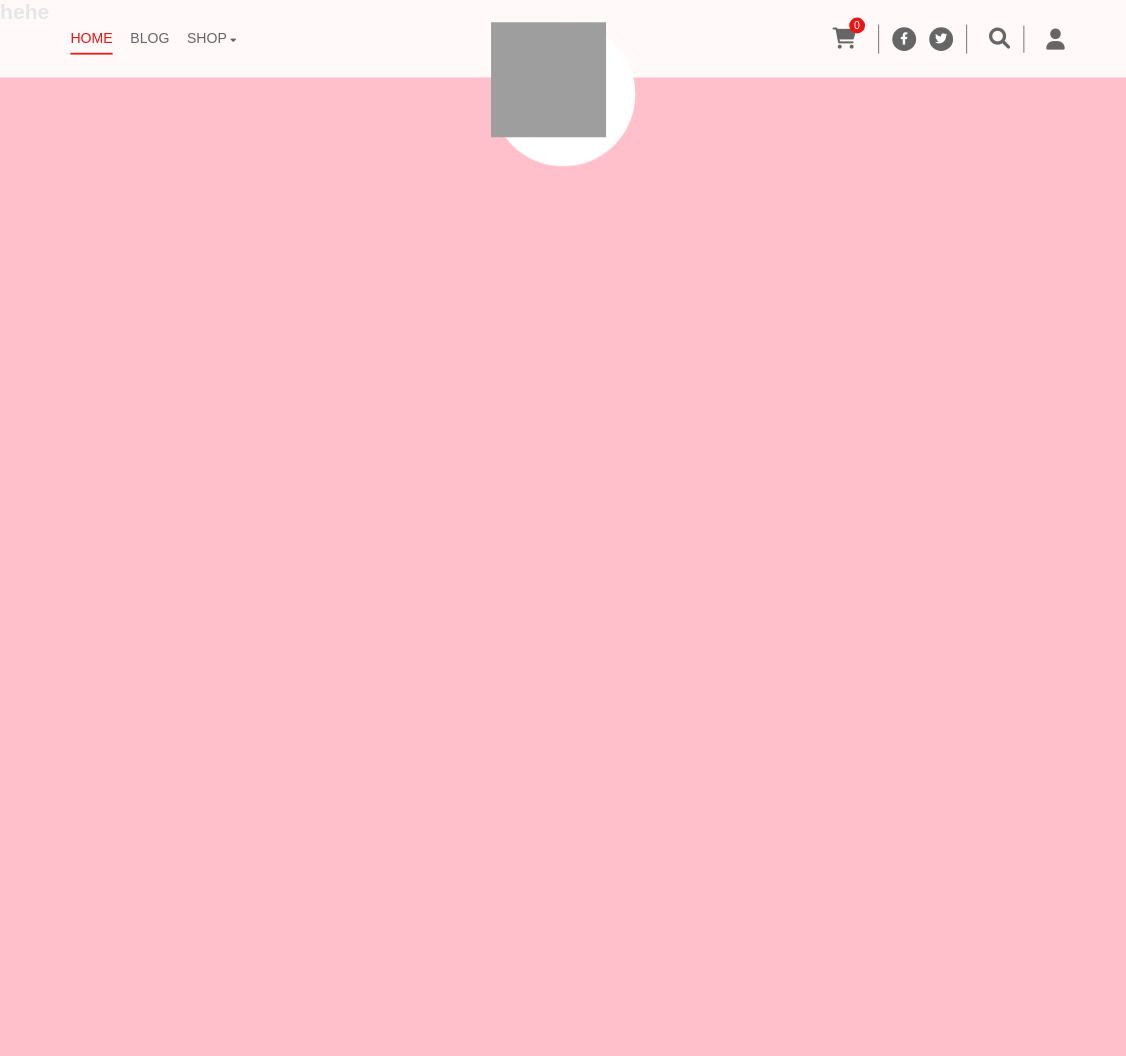
Repository: NguyenDucHung20002/header-and-scroll-top-project-cnpm
Page: blog.html
These files come from the project's save history. The page is drawn as it stood at one moment and after the next save; the edit follows.
The browser window is 1280 px wide. The pictures show the whole page, at 88% of full size.
Pictures or frames that could not be fetched are drawn as grey boxes. The style sheet was rebuilt from its Sass, Less or Tailwind sources for each picture, by a compiler version that may differ from the author's.

Above is the page before, as saved 2022-09-15 10:20:44.
Console error: TypeError: Cannot read properties of undefined (reading 'top')

### blog.html
<!DOCTYPE html>
<html lang="en">

<head>
    <meta charset="UTF-8">
    <meta http-equiv="X-UA-Compatible" content="IE=edge">
    <meta name="viewport" content="width=device-width, initial-scale=1.0">
    <link rel="stylesheet" href="fontawesome-free-6.1.2-web/css/all.min.css">
    <link rel="stylesheet" href="reset.css">
    <link rel="stylesheet" href="dist/css/blog.css">
    <title>Document</title>
</head>

<body>
    <header>
        <div class="header-top">
            <div class="portion-upper">
                <div class="container">
                    <div class="header-left">
                        <nav>
                            <ul class="wrapper-nav-main">
                                <li class="nav-main active-nav-main"><a class="nav-link-main" href="">Home</a></li>
                                <li class="nav-main"><a class="nav-link-main" href="">Blog</a></li>
                                <li class="drop-down nav-main">
                                    <a class="nav-link-main" href="">Shop <i class="fa-solid fa-caret-down"></i></a>
                                    <div class="shop-down">
                                        <aside class="product-categories">
                                            <h2>PRODUCT CATEGORIES</h2>
                                            <nav>
                                                <ul>
                                                    <li><a href="">Dried</a></li>
                                                    <li><a href="">Frozen</a></li>
                                                    <li><a href="">Fruits</a></li>
                                                    <li><a href="">Organic</a></li>
                                                    <li><a href="">Organic farms</a></li>
                                                    <li><a href="">Uncategorized</a></li>
                                                    <li><a href="">Vegitables</a></li>
                                                </ul>
                                            </nav>
                                        </aside>

                                    </div>
                                </li>
                            </ul>
                        </nav>
                    </div>
                    <div class="header-middle">
                        <div class="icon-home">
                            <a class="link-icon-home" href=""><img
                                    src="https://media.discordapp.net/attachments/954942869192450098/1019808643706781776/4Fruits.png"
                                    alt=""></a>
                        </div>
                    </div>
                    <div class="header-right">
                        <div class="cart">
                            <div class="cart-icon">
                                <i class="fa-solid fa-cart-shopping"></i>
                            </div>
                            <div class="quantity">0</div>
                        </div>
                        <div class="info">
                            <div class="facebook icon-info"><i class="fa-brands fa-facebook-f"></i></div>
                            <div class="twitter icon-info"><i class="fa-brands fa-twitter"></i></div>
                        </div>
                        <div class="search">
                            <i class="fa-solid fa-magnifying-glass"></i>
                            <div class="form-search">
                                <input type="text" placeholder="Search...">
                                <button class="btn-search"><i class="fa-solid fa-magnifying-glass"></i></button>
                            </div>
                        </div>
                        <div class="user">
                            <i class="fa-solid fa-user"></i>
                        </div>
                    </div>
                </div>
            </div>
        </div>
    </header>
    <h2 class="hehe">hehe</h2>
</body>
<script src="https://cdnjs.cloudflare.com/ajax/libs/jquery/3.6.0/jquery.min.js"
    integrity="sha512-894YE6QWD5I59HgZOGReFYm4dnWc1Qt5NtvYSaNcOP+u1T9qYdvdihz0PPSiiqn/+/3e7Jo4EaG7TubfWGUrMQ=="
    crossorigin="anonymous" referrerpolicy="no-referrer"></script>
<script src="./blog.js"></script>

</html>

### reset.css
*,
*::after,
*::before {
  margin: 0;
  padding: 0;
  box-sizing: border-box;
}
a {
  text-decoration: none;
  /* mặc đinh là text-decoration: underline; */
}
ul,
ol {
  list-style: none;
}
input,
button {
  outline: none;
  border: none;
  background: none;
}
table,
th,
td {
  border-collapse: collapse;
}

/* Type number: delete ô increment, decrement */
input[type="number"]::-webkit-outer-spin-button,
input[type="number"]::-webkit-inner-spin-button {
  display: none;
  margin: 0;
}

### blog.js
$(document).ready(function () {
  const body = $("html, body");
  const getbody = $("body");

  //------- sự kiện scroll ---------

  const heightWin = $(window).height();
  //icon home
  const iconHome = $(".link-icon-home");
  //banner below
  const bannerBelow = document.querySelectorAll(".wrapper-fruit");
  const topBannerBelow = $(".wrapper-banner").offset().top;
  //btn scroll to top
  const btnScrollTop = $(".btn-to-top");
  actionScroll();
  // catch eventing scroll window
  $(window).scroll(function () {
    actionScroll();
  });
  function actionScroll() {
    let top = $("html, body").scrollTop();
    //scrolling animation icon home
    if (top > 10) {
      iconHome.css({
        transform: "scale(0.7) translateY(-30px)",
      });
    } else {
      iconHome.css({
        transform: "scale(1) translateY(0)",
      });
    }
    //scrolling animation banner below
    if (top + heightWin >= topBannerBelow) {
      bannerBelow.forEach((val, index) => {
        val.classList.add(`action-banner-${index + 1}`);
      });
    }
    //btn scrolling to top
    if (top >= 200) {
      btnScrollTop.addClass("action-show");
    } else {
      btnScrollTop.removeClass("action-show");
    }
  }

  //-----------sự kiện click-------------

  //----------- click to scroll to top ------------
  $(btnScrollTop).click(function (e) {
    e.preventDefault();
    body.animate(
      {
        scrollTop: 0,
      },
      500
    );
  });
});

### blog.scss
.container {
  margin: 0 auto;
  width: 1170px;
}
* {
  font-family: "Poppins", sans-serif;
}
$headerTopUP: #ffffff;
header {
  .header-top {
    z-index: 100;
    position: fixed;
    width: 100%;
    .portion-upper {
      background-color: rgba(#ffffff, 0.9);
      padding: 15px 0;
      .container {
        padding: 0 15px;
        display: flex;
        justify-content: space-between;
        align-items: center;
        position: relative;
        .header-left {
          .wrapper-nav-main {
            display: flex;
            justify-content: center;
            align-items: center;
            .nav-main {
              margin: 0 10px;
              .nav-link-main {
                padding: 10px 0;
                font-size: 16px;
                text-transform: uppercase;
                color: #666666;
                position: relative;
                &::after {
                  content: "";
                  position: absolute;
                  bottom: 0;
                  right: 0;
                  width: 0;
                  height: 2px;
                  background-color: #ea1616;
                  transition: 0.3s;
                }
                &:hover {
                  color: #ab1e32;
                  &::after {
                    left: 0;
                    width: 100%;
                  }
                }
                i {
                  font-size: 10px;
                }
              }
              &.active-nav-main {
                .nav-link-main {
                  color: #ea1616;
                  &::after {
                    content: "";
                    width: 100%;
                    height: 2px;
                  }
                }
              }
            }
            .drop-down {
              position: relative;
              &:hover {
                .shop-down {
                  opacity: 1;
                  visibility: visible;
                }
              }
              .shop-down {
                background-color: #ffffff;
                position: absolute;
                top: calc(100% + 10px);
                right: 0;
                transform: translate(50px);
                transition: 0.3s;
                opacity: 0;
                visibility: hidden;
                border: 1px rgba(#666666, 0.2) solid;
                max-width: 250px;
                .product-categories {
                  width: 100%;
                  flex: 1;
                  border-right: 1px rgba(#666666, 0.2) solid;
                  h2 {
                    width: 100%;
                    font-size: 16px;
                    font-weight: 700;
                    padding: 30px 30px;
                    white-space: nowrap;
                    color: #666666;
                    border-bottom: 1px #666666 solid;
                  }
                  ul {
                    li {
                      width: 100%;
                      a {
                        width: 100%;
                        border-top: 1px rgba(#666666, 0.3) solid;
                        display: inline-block;
                        font-size: 14px;
                        color: #666666;
                        padding: 15px 20px;
                        transition: 0.2s;
                        &:hover {
                          background-color: #3a3939;
                          color: $headerTopUP;
                        }
                      }
                    }
                  }
                }
              }
            }
          }
        }
        .header-middle {
          position: absolute;
          left: 50%;
          top: 0;
          z-index: 11;
          .icon-home {
            transform: translate(-50%, 10px);
            a {
              display: flex;
              align-items: center;
              justify-content: center;
              background-color: #ffffff;
              transition: 0.3s;
              width: 164px;
              height: 164px;
              display: inline-block;
              border-radius: 50%;
              cursor: pointer;
              img {
                display: block;
                z-index: 1;
                width: 80%;
                height: 80%;
              }
            }
          }
        }
        .header-right {
          display: flex;
          justify-content: center;
          align-items: center;
          .cart {
            cursor: pointer;
            position: relative;
            .cart-icon {
              font-size: 24px;
              color: #666666;
            }
            .quantity {
              color: #ffffff;
              position: absolute;
              width: 18px;
              height: 18px;
              background-color: #ea1616;
              font-size: 12px;
              bottom: 70%;
              left: 70%;
              border-radius: 50%;
              text-align: center;
              line-height: 18px;
            }
          }
          .info {
            font-size: 14px;
            padding: 3px 15px;
            margin: 0 25px;
            border-left: 1px #666666 solid;
            border-right: 1px #666666 solid;
            display: flex;
            justify-content: center;
            align-items: center;
            .icon-info {
              width: 27px;
              height: 27px;
              cursor: pointer;
              background-color: #666666;
              border-radius: 50%;
              text-align: center;
              i {
                line-height: 27px;
                color: #ffffff;
                transition: 0.3s;
              }
            }
            .facebook {
              margin-right: 15px;
              transition: 0.3s;
              &:hover {
                background-color: #3b5998;
                i {
                  color: $headerTopUP;
                }
              }
            }
            .twitter {
              transition: 0.3s;
              &:hover {
                background-color: #55acee;
                i {
                  color: $headerTopUP;
                }
              }
            }
          }
          .search {
            font-size: 24px;
            cursor: pointer;
            color: #666666;
            position: relative;
            padding: 15px 0;
            margin-right: 15px;
            &:hover {
              .form-search {
                opacity: 1;
                visibility: visible;
                transform: translateY(10px);
              }
            }
            .form-search {
              right: 0;
              transition: 0.3s;
              opacity: 0;
              visibility: hidden;
              position: absolute;
              min-width: 280px;
              background-color: #ffffff;
              border-radius: 5px;
              padding: 15px;
              display: flex;
              input {
                flex-grow: 1;
                padding: 10px 20px;
                background-color: #f4f4f4;
                &::placeholder {
                  color: #222222;
                  transition: 0.3s;
                }
                &:focus {
                  &::placeholder {
                    opacity: 0;
                  }
                }
              }
              .btn-search {
                width: 50px;
                height: 50px;
                background-color: #f4f4f4;
                cursor: pointer;
              }
            }
          }
          .user {
            border-left: #666666 1px solid;
            padding: 3px 0;
            i {
              font-size: 24px;
              line-height: 24px;
              cursor: pointer;
              color: #666666;
              padding-left: 25px;
            }
          }
        }
      }
    }
  }
}
.hehe {
  width: 100vw;
  height: 1200px;
  background-color: pink;
}

Loaded but not shown: fontawesome-free-6.1.2-web/css/all.min.css (library)

After the next save:
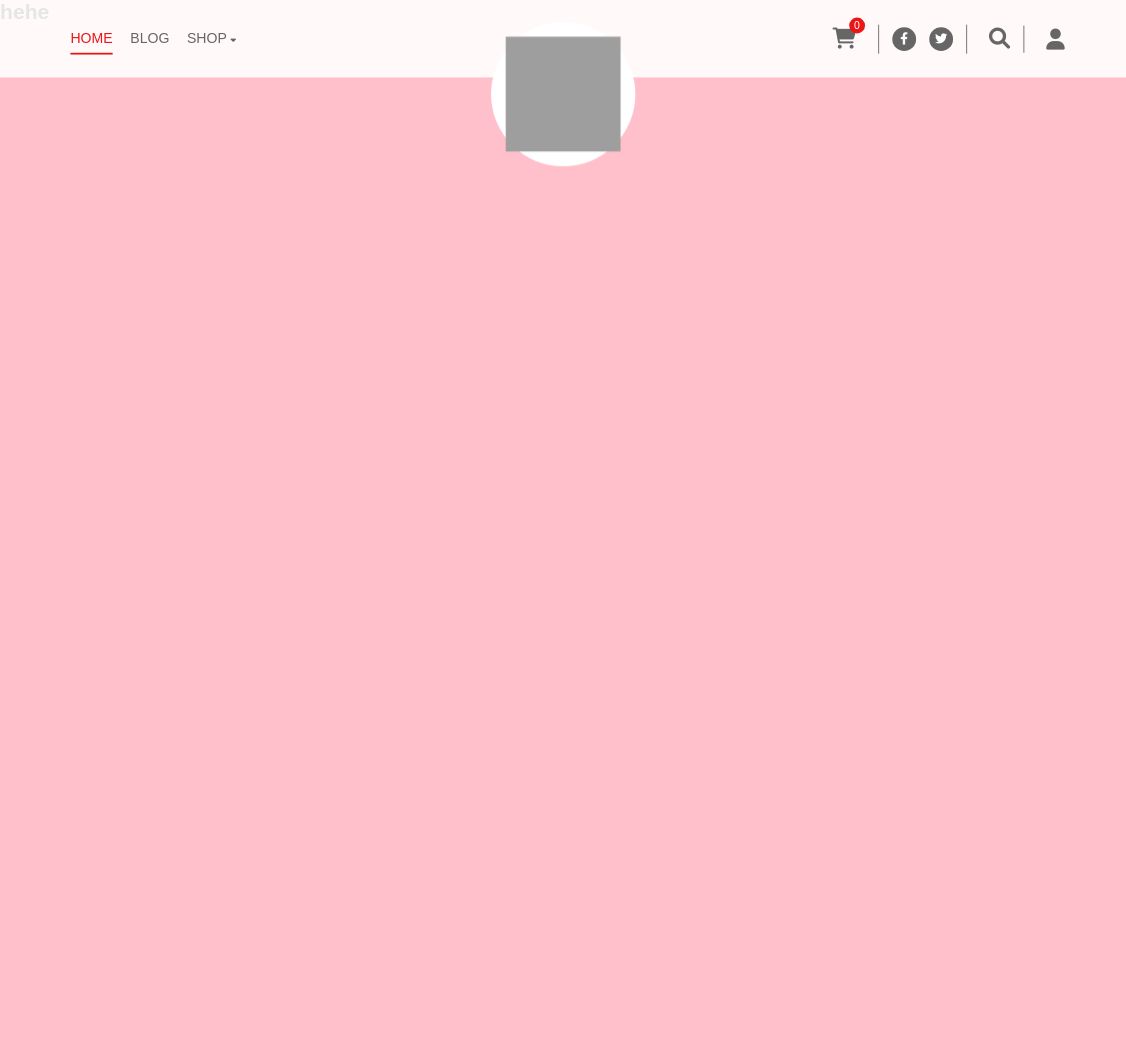
Saved 73 s later.
--- a/blog.scss
+++ b/blog.scss
@@ -128,9 +128,7 @@
           .icon-home {
             transform: translate(-50%, 10px);
             a {
-              display: flex;
-              align-items: center;
-              justify-content: center;
+              position: relative;
               background-color: #ffffff;
               transition: 0.3s;
               width: 164px;
@@ -139,7 +137,10 @@
               border-radius: 50%;
               cursor: pointer;
               img {
-                display: block;
+                position: absolute;
+                top: 50%;
+                left: 50%;
+                transform: translate(-50%, -50%);
                 z-index: 1;
                 width: 80%;
                 height: 80%;
